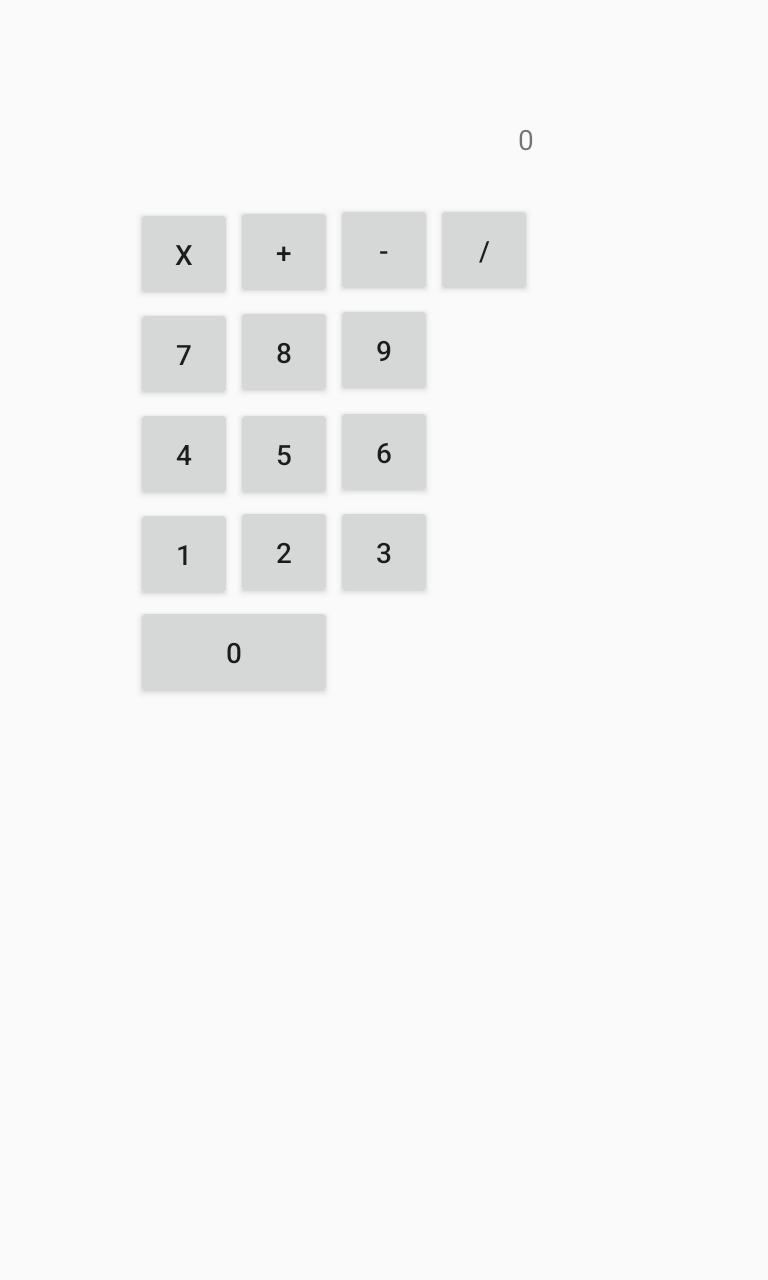
Repository: expensivecow/Calculator
Layout: Calculator_Implementation/res/layout/activity_main.xml
An editor plug-in stored every save of this project. The layout is shown before and after the next save, followed by the edit.
It is drawn on a 768 x 1280 px phone screen (xhdpi) without system bars, with theme AppTheme; the app's code is not run.

Above is the layout before, as saved 2014-09-21 01:36:48.

After the next save:
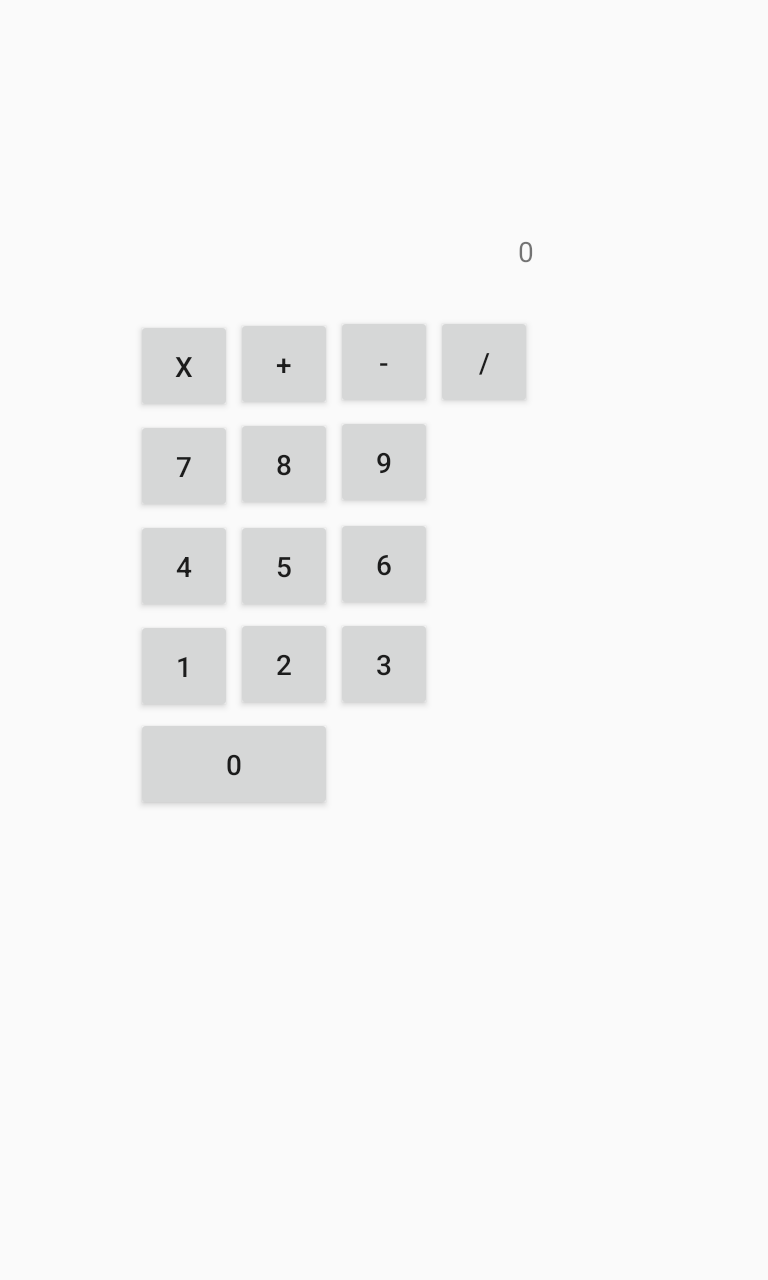
Saved 9 s later.
--- a/Calculator_Implementation/res/layout/activity_main.xml
+++ b/Calculator_Implementation/res/layout/activity_main.xml
@@ -12,7 +12,7 @@
         android:id="@+id/DisplayResult"
         android:layout_alignParentTop="true"
         android:layout_alignRight="@+id/bDiv"
-        android:layout_marginTop="44dp"
+        android:layout_marginTop="100dp"
         android:layout_width="wrap_content"
         android:layout_height="wrap_content"
         android:text="@string/initialvalue" />
